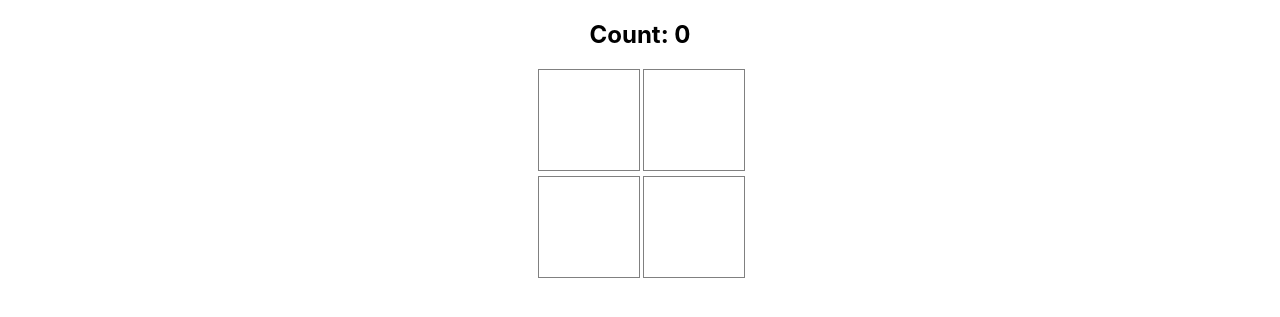
Repository: liwingy/cs5610_fall24_React_and_JavaScript
Page: / (app in react-grid-project/)
An editor plug-in stored every save of this project. The page is shown before and after the next save, followed by the edit.
The browser window is 1280 px wide. The pictures show the whole page.
The project was rebuilt for these pictures with package versions that can differ from the ones it lists, and the page was loaded fresh each time.

Above is the page before, as saved 2024-11-05 13:36:09.

After the next save:
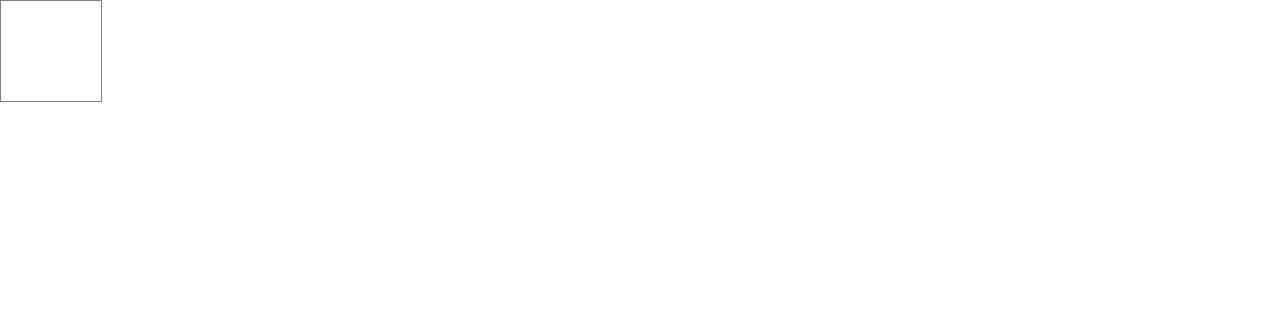
Saved 2 min 16 s later.
--- a/react-grid-project/src/App.js
+++ b/react-grid-project/src/App.js
@@ -1,5 +1,5 @@
 import React from 'react';
-import Grid from 'Parent';
+import Grid from './parent';
 
 function App() {
   return (
